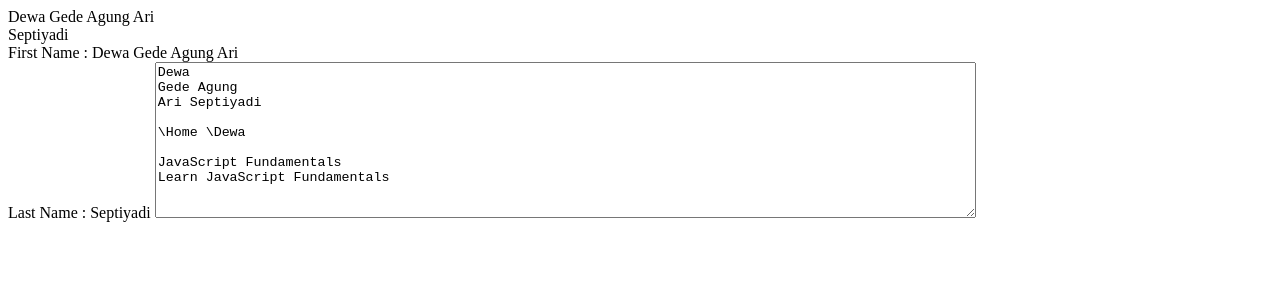
Repository: dewaary/JavaScript-Fundamentals
Page: index.html
An editor plug-in stored every save of this project. The page is shown before and after the next save, followed by the edit.
The browser window is 1280 px wide. The pictures show the whole page.

Above is the page before, as saved 2021-06-18 23:46:49.

### index.html
<!DOCTYPE html>
<html lang="en">
<head>
    <meta charset="UTF-8">
    <meta http-equiv="X-UA-Compatible" content="IE=edge">
    <meta name="viewport" content="width=device-width, initial-scale=1.0">
    <title>JavaScript Fundamentals</title>
</head>
<body>
    <script src="scripts/type-data-string.js"></script>
</body>
</html>

### scripts/type-data-string.js
// String One
document.writeln("Dewa Gede Agung Ari");
document.writeln("<br>");
document.writeln("Septiyadi");

document.writeln("<br>")

/* String Sum */
document.writeln("First Name : " + "Dewa Gede Agung Ari");
document.writeln("<br>");
document.writeln("Last Name : " + "Septiyadi");


/*  Escape Squence

    \n => Enter
    \t => Tab
    \' => \'
    \" => \"
    \\ => \\

*/

document.writeln("<textarea cols = '100' rows = '10'>");
document.writeln("Dewa \nGede Agung \nAri Septiyadi\n");
document.writeln("\\Home \\Dewa\n");
document.writeln("JavaScript Fundamentals");
document.writeln('Learn JavaScript Fundamentals')
document.writeln("</textarea>");

### scripts/variabel.js

var fullName;
var firstName;
var lastName;

fullName = "Dewa Gede Agung Ari Septiyadi";
firstName = "Dewa Gede Agung";
lastName = "Ari Septiyadi";

document.writeln(fullName);
document.writeln("<br>");
document.writeln(firstName);
document.writeln("<br>");
document.writeln(lastName);

document.writeln("");

After the next save:
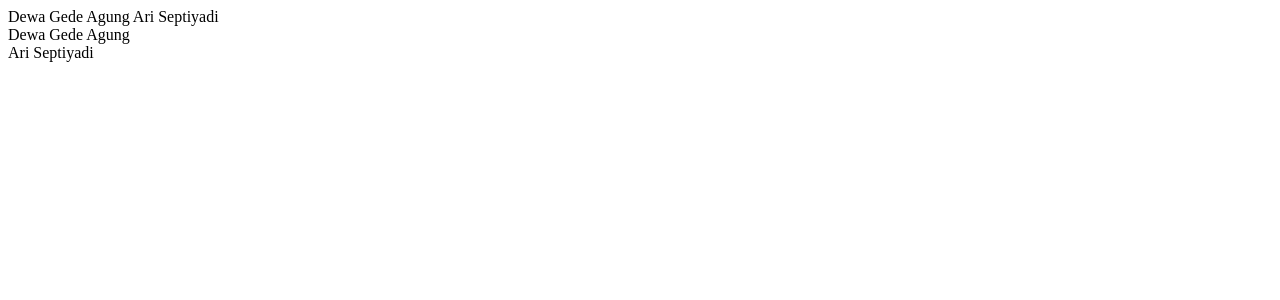
Saved 11 s later.
--- a/index.html
+++ b/index.html
@@ -7,6 +7,6 @@
     <title>JavaScript Fundamentals</title>
 </head>
 <body>
-    <script src="scripts/type-data-string.js"></script>
+    <script src="scripts/variabel.js"></script>
 </body>
 </html>
